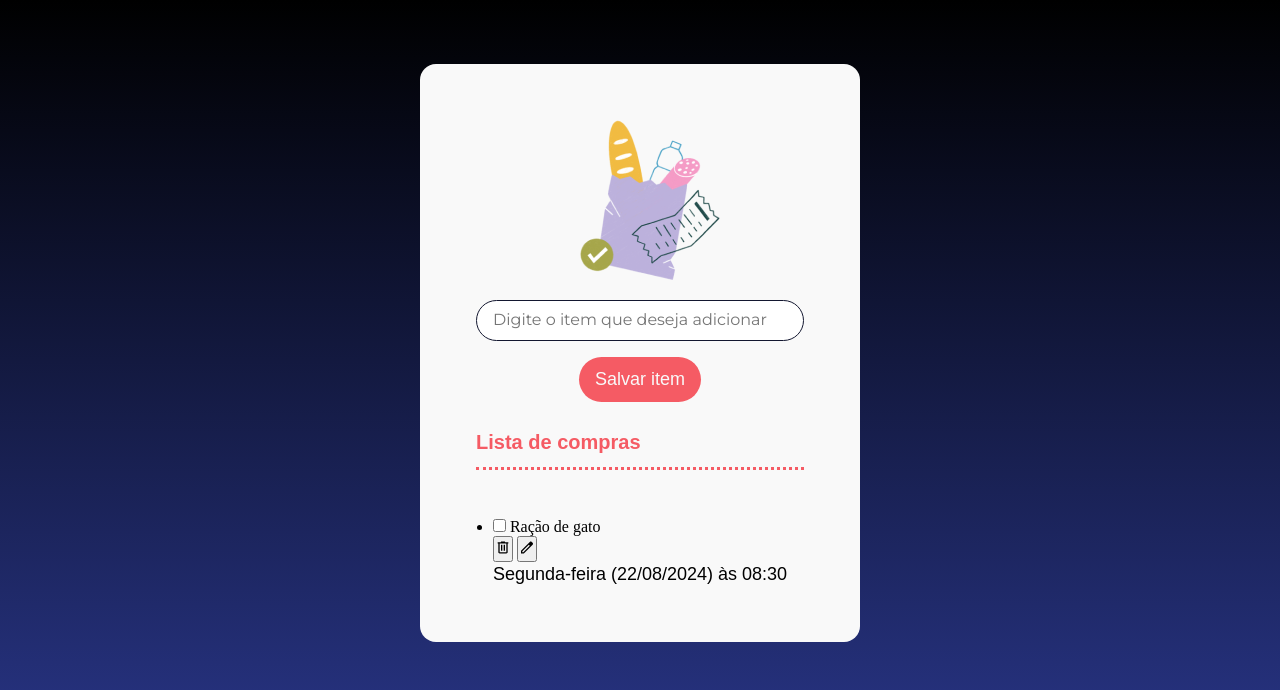
Repository: joaoPraiaJunior/compras_js
Page: index.html
An editor plug-in stored every save of this project. The page is shown before and after the next save, followed by the edit.
The browser window is 1280 px wide. The pictures show the whole page.
Some web fonts or font styles are not loaded; a fallback is used.

Above is the page before, as saved 2024-08-22 21:09:15.

After the next save:
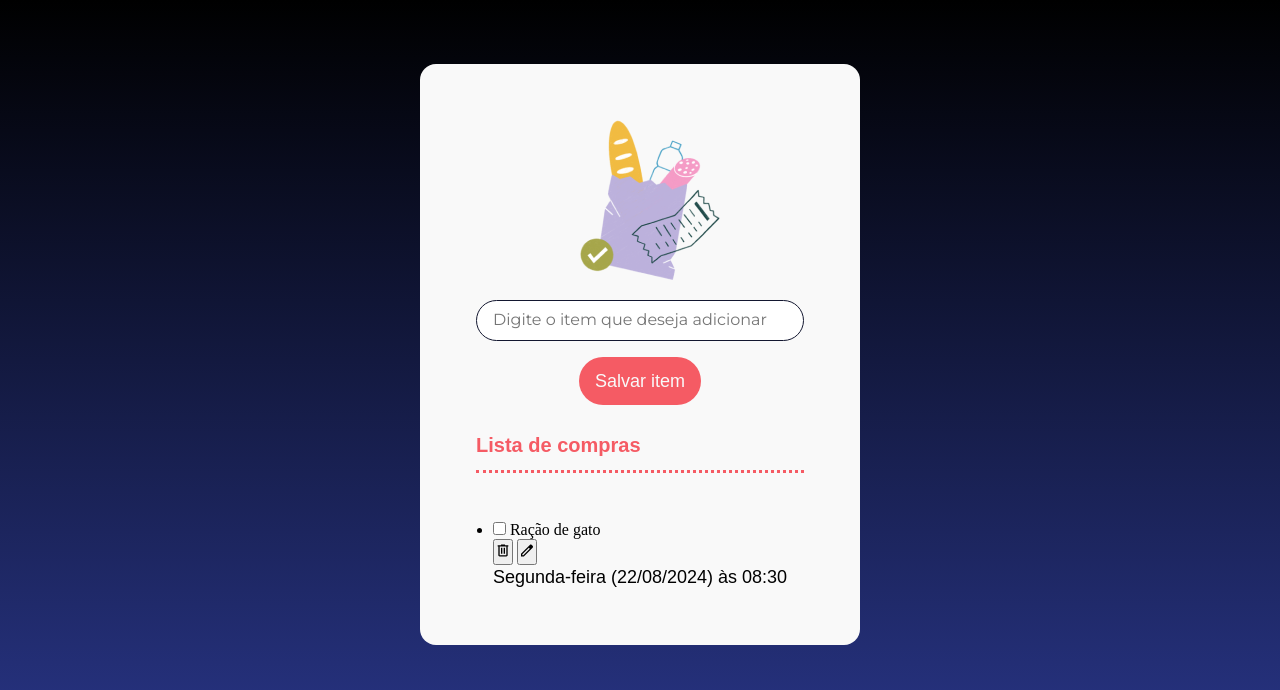
Saved 35 s later.
--- a/css/styles.css
+++ b/css/styles.css
@@ -100,6 +100,7 @@ p {
     align-self: center;
     font-family: var(--fonte-texto);
     font-size: 1.8rem;
+    line-height: 2.4rem;
     color: var(--neutro);
     background-color: var(--cor-primaria);
     border: none;
